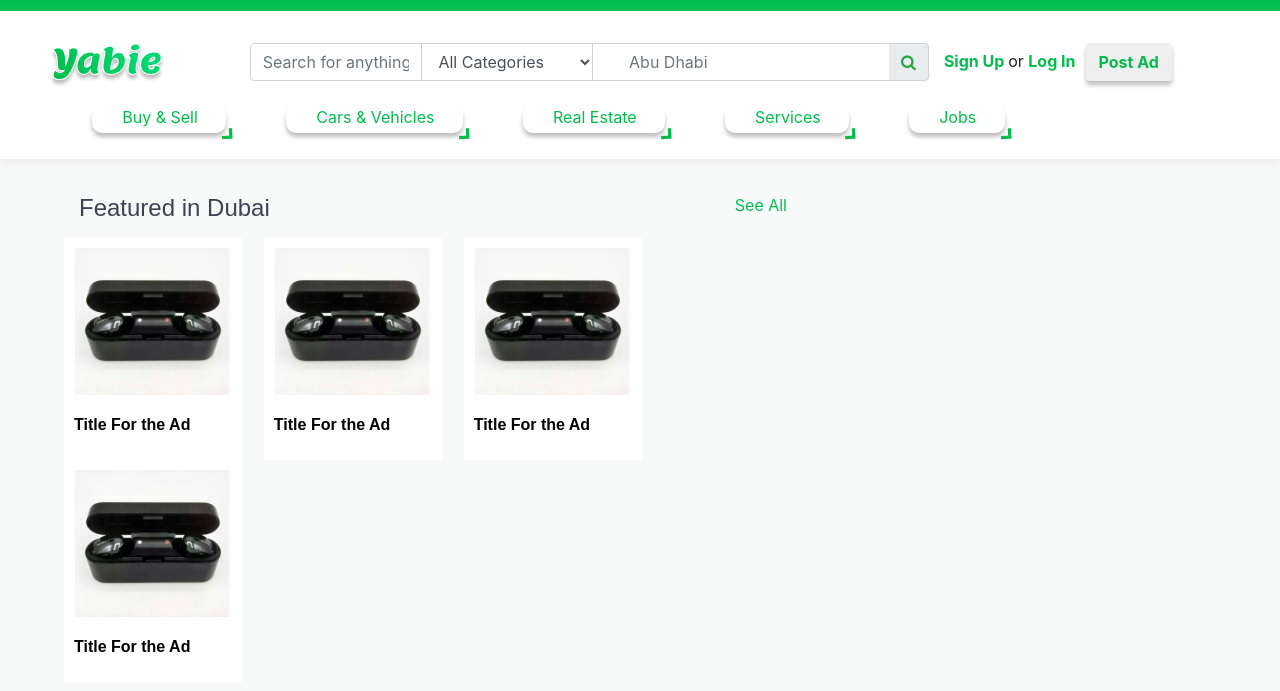
Repository: muazzamkha95/yabie
Page: homepage.html
These files come from the project's save history. The page is drawn as it stood at one moment and after a run of saves; the edit follows.
The browser window is 1280 px wide. The pictures show the whole page.

Above is the page before, as saved 2020-07-04 00:00:01.
Console error: TypeError: Cannot read properties of undefined (reading 'fn')

### homepage.html
<!DOCTYPE html>
<html lang="en">
<head>
    <meta charset="UTF-8">
    <meta name="viewport" content="width=device-width, initial-scale=1.0">
    <title>Home Page</title>

    <link rel="stylesheet" href="https://maxcdn.bootstrapcdn.com/bootstrap/4.0.0/css/bootstrap.min.css" integrity="sha384-Gn5384xqQ1aoWXA+058RXPxPg6fy4IWvTNh0E263XmFcJlSAwiGgFAW/dAiS6JXm" crossorigin="anonymous">
    <link rel="stylesheet" href="https://stackpath.bootstrapcdn.com/font-awesome/4.7.0/css/font-awesome.min.css" integrity="sha384-wvfXpqpZZVQGK6TAh5PVlGOfQNHSoD2xbE+QkPxCAFlNEevoEH3Sl0sibVcOQVnN" crossorigin="anonymous">
    <link href="css/main.css"  rel="stylesheet"></link>

</head>
<body>
        <div class="topBar"></div>
        <nav class="navbar">
            <div class="maincontainer">
                <div class="row">
                        <div class="col-md-2">
                            <img src="images/YabieLogo.png" alt="Yabie Logo" class="logo"/>
                        </div>
                        <div class="col-md-7">
                            <form class="form-inline" action="#">
                                <div class="input-group">
                                    <input type="text" class="form-control" placeholder="Search for anything" required>
                                    <select class="form-control border-right-0" required>
                                        <option>All Categories</option>
                                        <option value="a">A</option>
                                        <option value="b">B</option>
                                    </select>
                                    <div class="input-group">
                                        <div class="input-group-append">
                                            <span class="input-group-text bg-white text-success border-right-0"><i class="fa fa-map-marker-alt"></i></span>
                                        </div>
                                        <input type="text" class="form-control border-left-0 border-right-0" placeholder="Abu Dhabi" required>
                                        <div class="input-group-append">
                                            <button type="submit" class="input-group-text"><i class="fa fa-search text-success"></i></button>
                                        </div>
                                    </div>
                                </div>
                            </form>
                        </div>
                        <div class="col-md-3" >
                            <div class="row text-center">
                                <span style="padding-top: 6px;">
                                    <span class="btext"> Sign Up </span>  or <span class="btext">Log In</span>
                                </span>

                                <button class="btn btn-default btext pull-right boxshadow" style="margin-left: 10px;">Post Ad</button>
                            </div>
                        </div>

                </div>
                <div class="row mt-3" >
                    <span class="categoryTab">Buy & Sell <i class="keyboard_arrow_down_24px_rounded fa fa-chevron-right "></i></span>
                    <span class="categoryTab">Cars & Vehicles  <i class="keyboard_arrow_down_24px_rounded fa fa-chevron-right "></i></span>
                    <span class="categoryTab">Real Estate <i class="keyboard_arrow_down_24px_rounded fa fa-chevron-right "></i></span>
                    <span class="categoryTab">Services <i class="keyboard_arrow_down_24px_rounded fa fa-chevron-right "></i></span>
                    <span class="categoryTab">Jobs <i class="keyboard_arrow_down_24px_rounded fa fa-chevron-right "></i></span>
                </div>
            </div>
        </nav>

        <main  role="main" class="mainSection">
            <div class="row">
                <div class="col-md-8">
                    <div class="col-md-12">
                        <div class="row">
                            <div class="col-md-6 pull-left" >
                                <p class="sectionTitle">
                                    Featured in Dubai
                                </p>
                            </div>
                            <div class="col-md-6 pull-right" >
                                <p class="sectionSeeAll pull-right">See All</p>
                            </div>
                        </div>
                        <div class="row">
                            <div class="adcard">
                                <img src="images/product.png">
                                <p class="adTitle">Title For the Ad</p>
                            </div>
                            <div class="adcard">
                                <img src="images/product.png">
                                <p class="adTitle">Title For the Ad</p>
                            </div>
                            <div class="adcard">
                                <img src="images/product.png">
                                <p class="adTitle">Title For the Ad</p>
                            </div>
                            <div class="adcard">
                                <img src="images/product.png">
                                <p class="adTitle">Title For the Ad</p>
                            </div>

                        </div>
                    </div>


                </div>



                <!-- Ads Section -->
                <div class="col-md-4"></div>
            </div>

        </main>


</body>
<script src="https://maxcdn.bootstrapcdn.com/bootstrap/4.0.0/js/bootstrap.min.js" integrity="sha384-JZR6Spejh4U02d8jOt6vLEHfe/JQGiRRSQQxSfFWpi1MquVdAyjUar5+76PVCmYl" crossorigin="anonymous"></script>
<script src="js/main.js" type="text/javascript"></script>
</html>

### css/main.css
/* Body */
*{
    padding: 0;
    margin: 0;
}
body{
    background: #F8F9F9;

}

/* Main navbar css */

.topBar{

    position: absolute;
    width: 100%;
    height: 11px;
    left: 0px;
    top: 0px;

    background: linear-gradient(180deg, #04BC4E 0%, #15D57B 537.5%);
}


nav{
    position: absolute;
    width: 100%;
    height: 143px;
    left: 0px;
    top: 16px;
    background: #FFFFFF;
    box-shadow: 0px 6px 6px rgba(219, 214, 214, 0.25);
    padding-top: 20px;
}

.maincontainer{
    width: 95%;
    margin-left:auto;
    margin-right: auto;
}

.logo{
    height: 100;
}
.btext{
    font-weight: bold;
    color: #04BC4E;
}

.boxshadow{
    box-shadow: 0px 4px 4px rgba(0, 0, 0, 0.25);
}

.categoryTab{
    display: inline;
    box-shadow: 0px 4px 4px rgba(0, 0, 0, 0.25);
    background-color: #FFFFFF;
    color: #04BC4E;
    border-radius: 10px;
    margin-left: 60px;
    padding-left: 30px;


}
.keyboard_arrow_down_24px_rounded{
    position: relative;
    width: 24px;
    height: 24px;
    left:17px;
    top: 22px;
    transform: rotate(41.5deg);

}

/* Main section  */

.mainSection{
    width: 90%;
    margin-left: auto;
    margin-right: auto;
    margin-top: 50px;



}


.sectionTitle{

    font-family:sans-serif;
    font-style: normal;
    font-weight: 500;
    font-size: 24px;
    line-height: 29px;

    color: #3E4153;
}
.sectionSeeAll{
    color: #04BC4E;
    margin-right: 20px;
}
/* Ad card  */

.adcard{
    background: #FFFFFF;
    padding: 10px;
    margin-right: 21.85px;
}
.adTitle{
    font-family: sans-serif;
    font-style: normal;
    font-weight: bold;
    font-size: 16px;
    line-height: 19px;
    color: #000000;
    margin-top: 20px;
}

Loaded but not shown: js/main.js (no stored copy; drawn as an empty file)

After the next 3 saves:
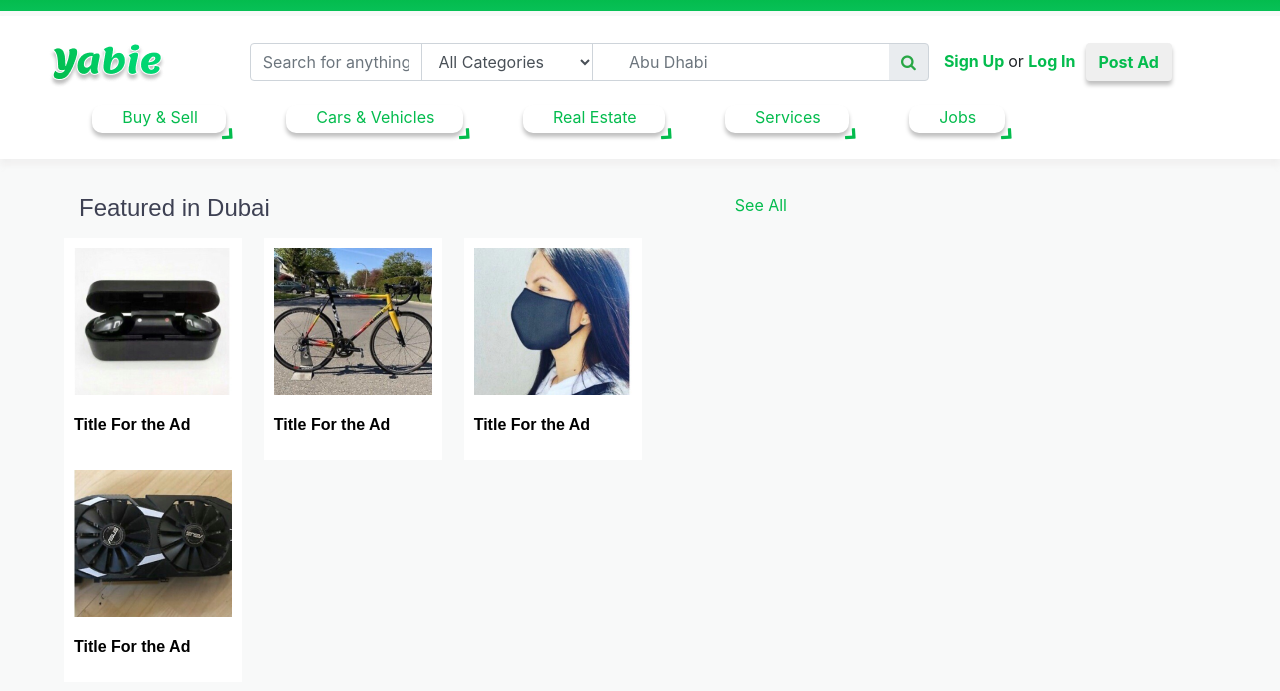
The 3 saves are shown as one change because they came seconds apart.
The last was saved 63 s later.
--- a/homepage.html
+++ b/homepage.html
@@ -80,15 +80,15 @@
                                 <p class="adTitle">Title For the Ad</p>
                             </div>
                             <div class="adcard">
-                                <img src="images/product.png">
+                                <img src="images/product2.png">
                                 <p class="adTitle">Title For the Ad</p>
                             </div>
                             <div class="adcard">
-                                <img src="images/product.png">
+                                <img src="images/product3.png">
                                 <p class="adTitle">Title For the Ad</p>
                             </div>
                             <div class="adcard">
-                                <img src="images/product.png">
+                                <img src="images/product4.png">
                                 <p class="adTitle">Title For the Ad</p>
                             </div>
 
